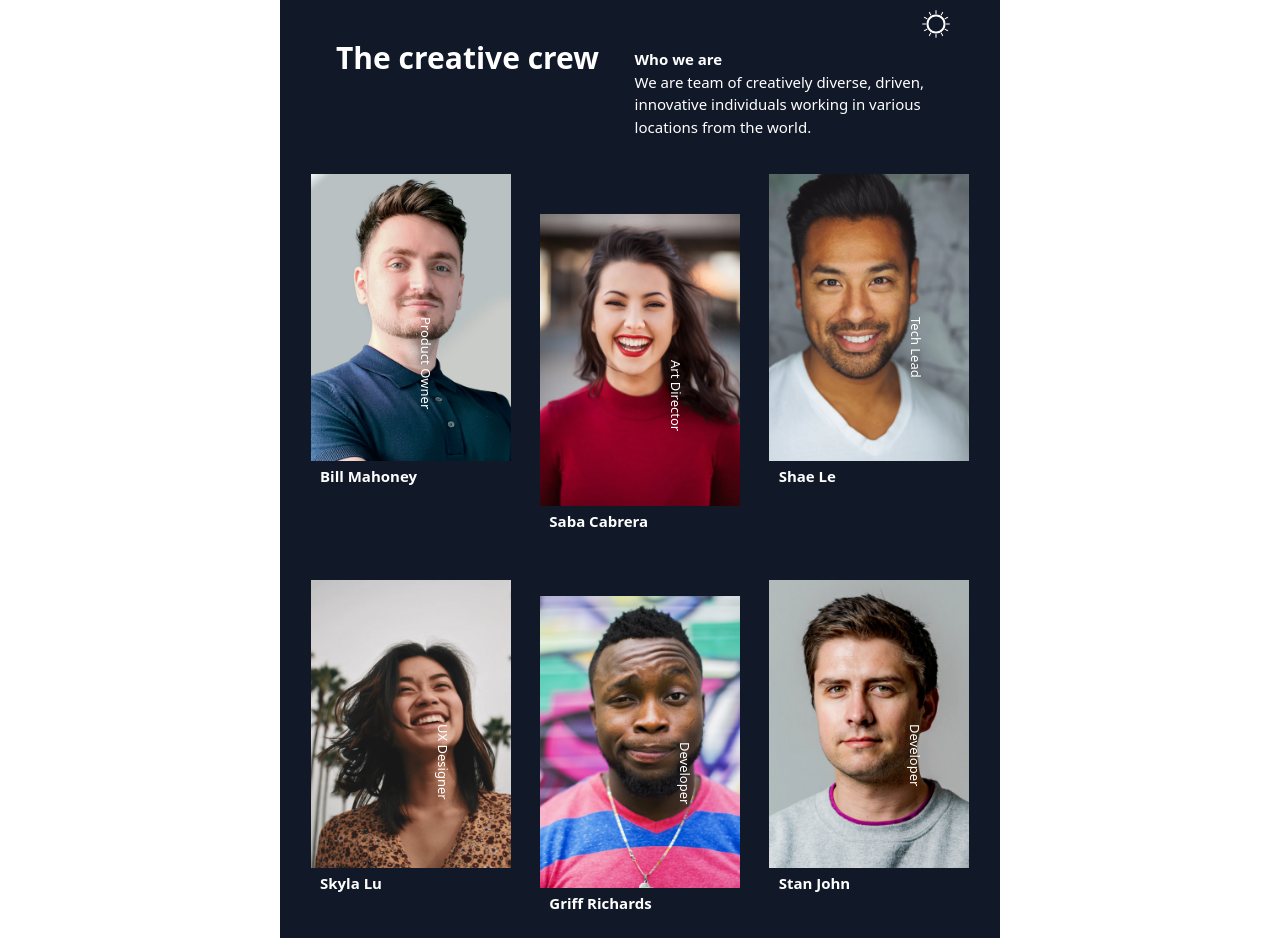
Repository: Alzate1075/Funval-G3-N2
Page: /
The author's editor kept a copy of each file at every save. The page is drawn from the files as they stood at one save, then again after the next save.
The browser window is 1280 px wide. The pictures show the whole page.
The project was rebuilt for these pictures with package versions that can differ from the ones it lists, and the page was loaded fresh each time. Also part of the build but not shown: vite.config.js.

Above is the page before, as saved 2025-07-03 11:17:28.

After the next save:
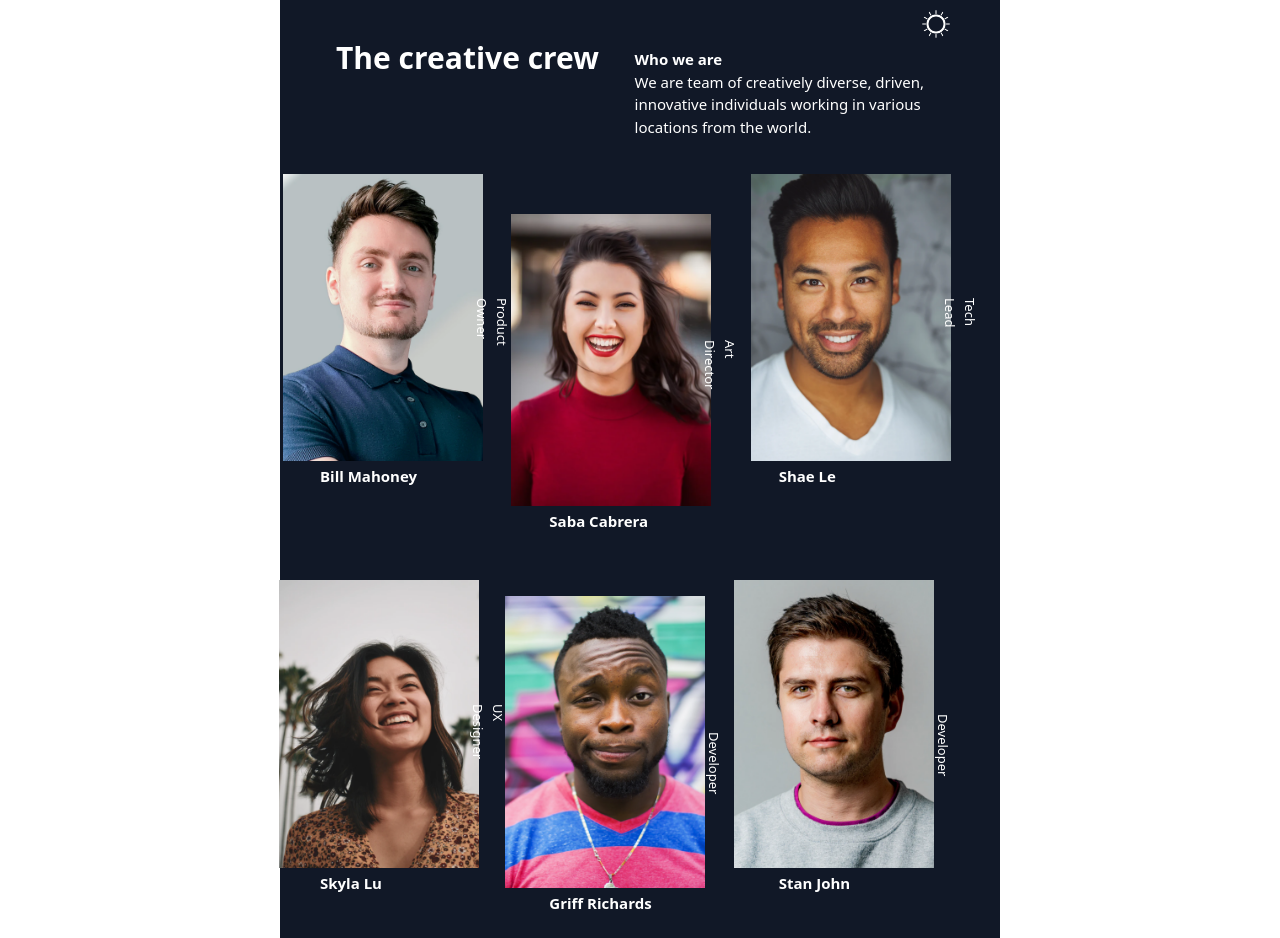
Saved 28 s later.
--- a/src/components/TeamCard.jsx
+++ b/src/components/TeamCard.jsx
@@ -2,9 +2,9 @@
 export function TeamCard(props) {
   return (
     <div className={`${props.extraClass}`}>
-      <div className="text-black md:text-white md:flex md:items-center md:justify-center gap-2 relative">
+      <div className="text-black md:text-white md:flex md:items-center md:justify-center gap-2">
         <img src={props.image} alt={props.name} className="md:w-[200px] w-20" />
-        <span className="absolute right-0 top-1/2 -translate-y-1/2 rotate-90 origin-left text-[10px] md:text-[13px]">
+        <span className="right-0 top-1/2 -translate-y-1/2 rotate-90 origin-left text-[10px] md:text-[13px]">
           {props.role}
         </span>
       </div>

After the save that followed:
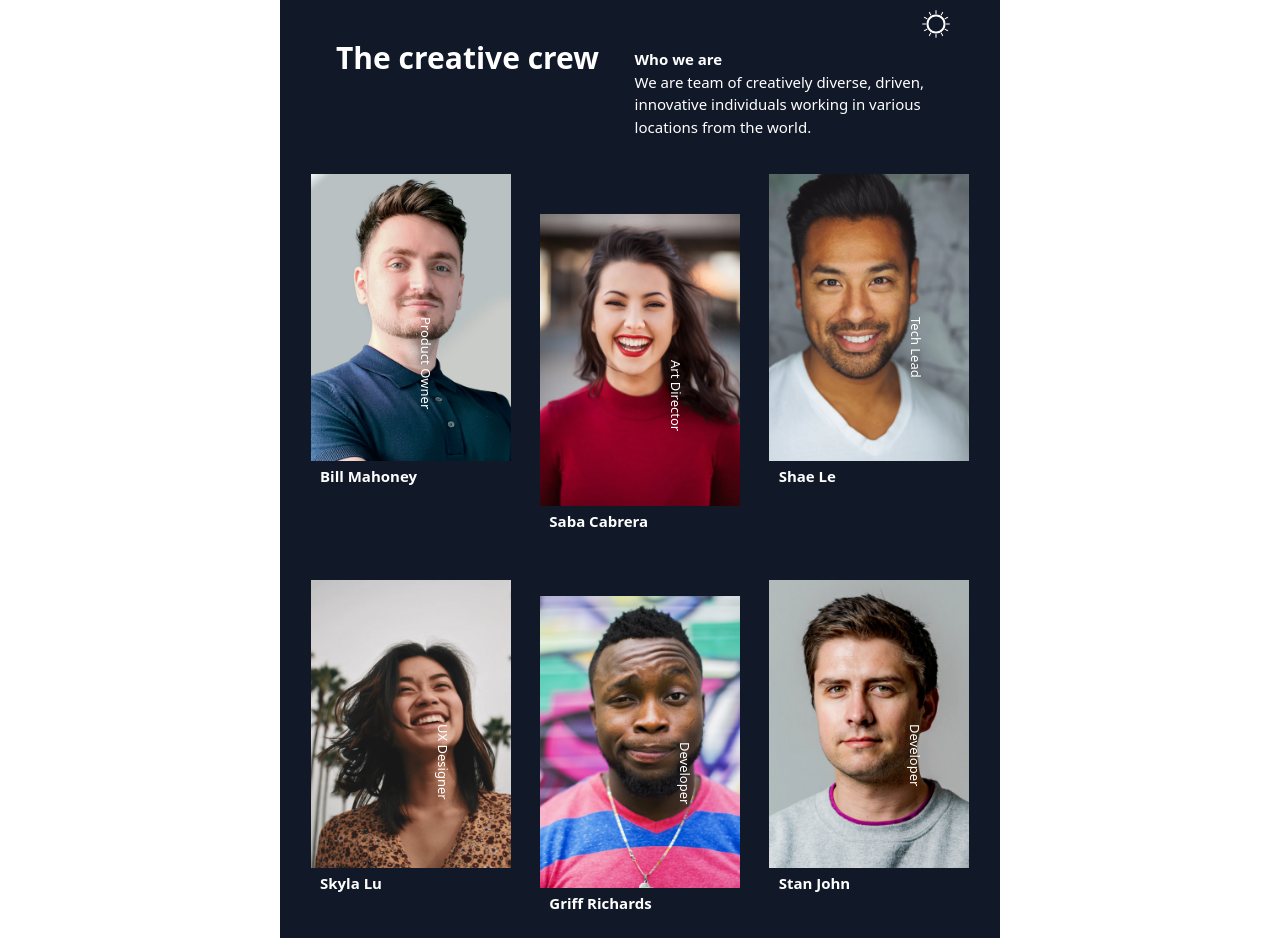
Saved 33 s later.
--- a/src/components/TeamCard.jsx
+++ b/src/components/TeamCard.jsx
@@ -2,9 +2,9 @@
 export function TeamCard(props) {
   return (
     <div className={`${props.extraClass}`}>
-      <div className="text-black md:text-white md:flex md:items-center md:justify-center gap-2">
+      <div className="text-black md:text-white md:flex md:items-center md:justify-center gap-2 relative">
         <img src={props.image} alt={props.name} className="md:w-[200px] w-20" />
-        <span className="right-0 top-1/2 -translate-y-1/2 rotate-90 origin-left text-[10px] md:text-[13px]">
+        <span className="absolute right-0 top-1/2 -translate-y-1/2 rotate-90 origin-left text-[10px] md:text-[13px]">
           {props.role}
         </span>
       </div>
